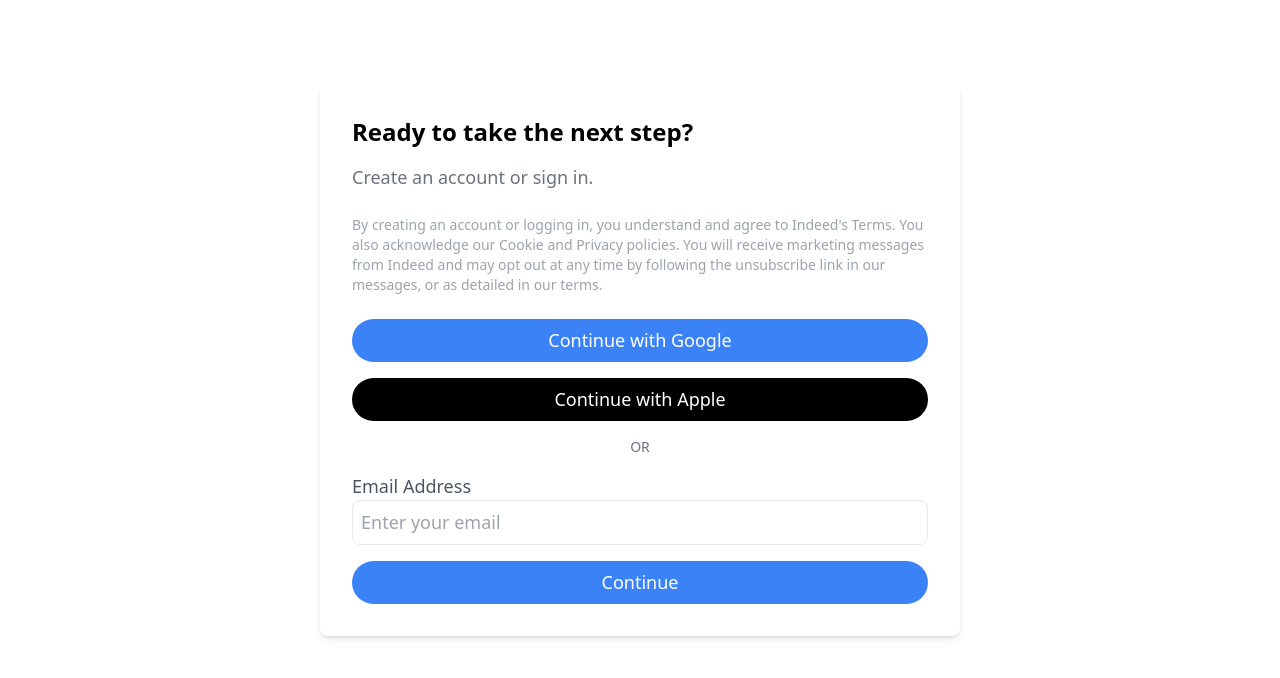
Repository: Temitech001/new-job
Page: /signin
These files come from the project's save history. The page is drawn as it stood at one moment and after a run of saves; the edit follows.
The browser window is 1280 px wide. The pictures show the whole page.
The project was rebuilt for these pictures with package versions that can differ from the ones it lists, and the page was loaded fresh each time. Also part of the build but not shown: src/App.css, src/components/header/Header.jsx, src/components/jobSearch/Job.jsx, src/components/jobSearch/JobListing.jsx, src/App.js.

Above is the page before, as saved 2023-08-22 01:59:16.

### public/index.html
<!DOCTYPE html>
<html lang="en">
  <head>
    <meta charset="utf-8" />
    <link rel="icon" href="%PUBLIC_URL%/favicon.ico" />
    <meta name="viewport" content="width=device-width, initial-scale=1" />
    <meta name="theme-color" content="#000000" />
    <meta
      name="description"
      content="JobConnect360 is your comprehensive platform for all things related to employment."
    />
    <link rel="apple-touch-icon" href="%PUBLIC_URL%/logo192.png" />
    <!--
      manifest.json provides metadata used when your web app is installed on a
      user's mobile device or desktop. See https://developers.google.com/web/fundamentals/web-app-manifest/
    -->
    <link rel="manifest" href="%PUBLIC_URL%/manifest.json" />
    <!--
      Notice the use of %PUBLIC_URL% in the tags above.
      It will be replaced with the URL of the `public` folder during the build.
      Only files inside the `public` folder can be referenced from the HTML.

      Unlike "/favicon.ico" or "favicon.ico", "%PUBLIC_URL%/favicon.ico" will
      work correctly both with client-side routing and a non-root public URL.
      Learn how to configure a non-root public URL by running `npm run build`.
    -->
    <title>JobConnect360</title>
  </head>
  <body>
    <noscript>You need to enable JavaScript to run this app.</noscript>
    <div id="root"></div>
    <!--
      This HTML file is a template.
      If you open it directly in the browser, you will see an empty page.

      You can add webfonts, meta tags, or analytics to this file.
      The build step will place the bundled scripts into the <body> tag.

      To begin the development, run `npm start` or `yarn start`.
      To create a production bundle, use `npm run build` or `yarn build`.
    -->
  </body>
</html>

### src/index.js
import React from 'react';
import ReactDOM from 'react-dom/client';
import { BrowserRouter, Routes, Route} from "react-router-dom";
import './index.css';
import App from './App';
import ScrollToTop from 'react-scroll-to-top';
import SignIn from './components/jobSearch/signIn/SignIn';

const root = ReactDOM.createRoot(document.getElementById('root'));
root.render(
  <React.StrictMode>
    <BrowserRouter>
    <ScrollToTop/>
            <Routes>
                <Route path="/" element={<App />} />
                <Route path="/signin" element={<SignIn />} />
                {/* <Route path="/impact" element={<ImpactPage />} /> */}
                {/* <Route path="/contact" element={<ContactPage />} /> */}
            </Routes>
            {/* <App /> */}
        </BrowserRouter>
  </React.StrictMode>
);

### src/index.css
@tailwind base;
@tailwind components;
@tailwind utilities;

body {
  margin: 0;
  font-family: "Noto Sans", "Helvetica Neue", Helvetica, Arial, sans-serif;
  -webkit-font-smoothing: antialiased;
  -moz-osx-font-smoothing: grayscale;
  font-size: 18px;
}

code {
  font-family: source-code-pro, Menlo, Monaco, Consolas, 'Courier New',
    monospace;
}

### src/components/jobSearch/signIn/SignIn.jsx
import React from 'react';
// import './SignIn.css'; // Add your additional CSS file for custom styling

const SignIn = () => {
  return (
    <div className="flex justify-center items-center h-screen w-2/4 mx-auto">
      <div className="bg-white p-8 rounded-lg shadow-md">
        <h2 className="text-2xl font-semibold mb-4">
          Ready to take the next step?
        </h2>
        <p className="text-gray-500 mb-6">
          Create an account or sign in.
        </p>
        <p className="text-sm text-gray-400 mb-6">
          By creating an account or logging in, you understand and agree to Indeed's Terms. You also acknowledge our Cookie and Privacy policies. You will receive marketing messages from Indeed and may opt out at any time by following the unsubscribe link in our messages, or as detailed in our terms.
        </p>
        <button className="bg-blue-500 text-white rounded-full py-2 px-4 mb-4 w-full hover:bg-blue-600">
          Continue with Google
        </button>
        <button className="bg-black text-white rounded-full py-2 px-4 mb-4 w-full hover:bg-gray-800">
          Continue with Apple
        </button>
        <div className="text-center text-gray-500 text-sm mb-4">OR</div>
        <div className="mb-4">
          <label htmlFor="email" className="text-gray-600">Email Address</label>
          <input
            type="email"
            id="email"
            className="w-full border rounded-lg p-2 focus:outline-none focus:ring focus:border-blue-400"
            placeholder="Enter your email"
          />
        </div>
        <button className="bg-blue-500 text-white rounded-full py-2 px-4 w-full hover:bg-blue-600">
          Continue
        </button>
      </div>
    </div>
  );
};

export default SignIn;

### src/components/header/Header.css
/* Header.css */
@media (max-width: 768px) {
    /* Mobile styles */

    /* Center logo and move Sign In button to the right */
    .container {
      flex-direction: column;
      align-items: center;
    }

    .flex:nth-child(1) {
      margin-bottom: 1rem;
    }

    /* Add margin between logo and Sign In button */
    .flex:nth-child(2) {
      margin-top: 1rem;
    }

    /* Mobile menu icon styles */
    .menu-icon {
      display: inline-block;
    }

    .bar {
      width: 25px;
      height: 3px;
      background-color: white;
      margin: 4px 0;
      transition: 0.4s;
    }

    .open .bar:nth-child(1) {
      transform: rotate(-45deg) translate(-5px, 6px);
    }

    .open .bar:nth-child(2) {
      opacity: 0;
    }

    .open .bar:nth-child(3) {
      transform: rotate(45deg) translate(-5px, -6px);
    }

    /* Add styles for mobile menu (Hamburger) */
    .menu-items {
      display: none;
      flex-direction: column;
      align-items: center;
    }

    .menu-open .menu-items {
      display: flex;
    }

    /* Additional mobile styles can be added as needed */
  }

### tailwind.config.js
/** @type {import('tailwindcss').Config} */
module.exports = {
  content: ["./src/**/*.{html,jsx, js}"],
  theme: {
    extend: {},
  },
  plugins: [],
}

After the next 3 saves:
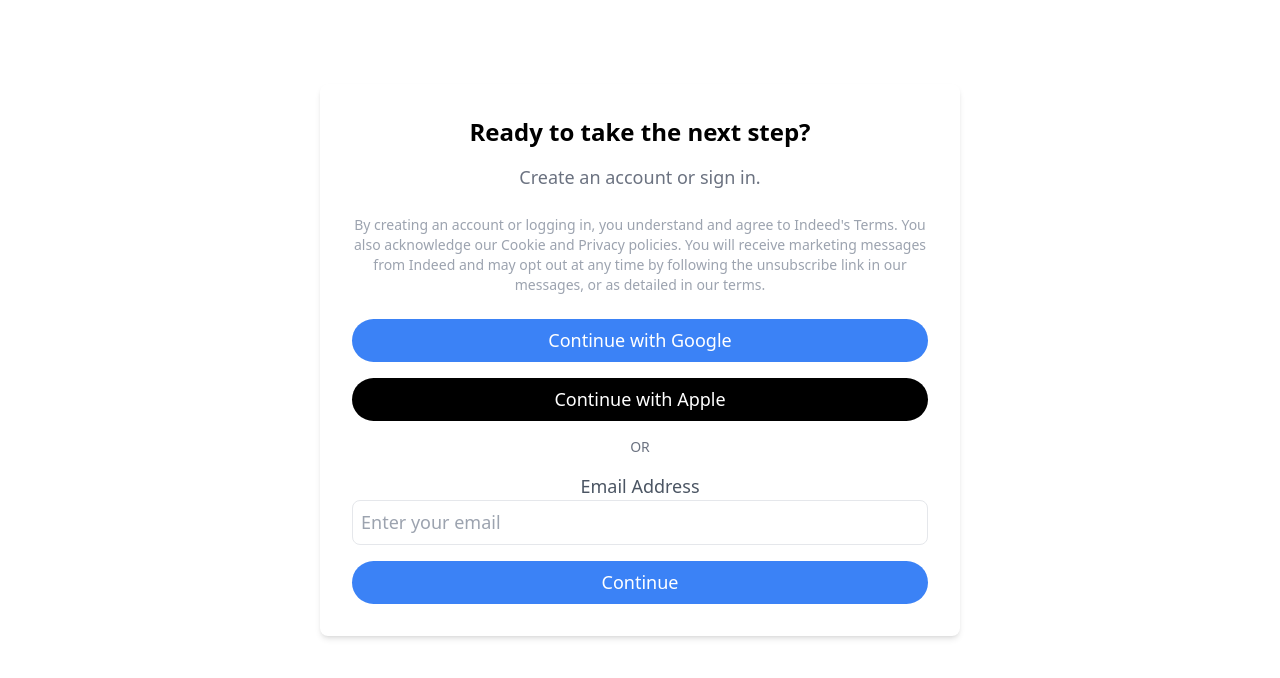
The 3 saves are shown as one change because they came seconds apart.
The last was saved 11 s later.
--- a/src/components/jobSearch/signIn/SignIn.jsx
+++ b/src/components/jobSearch/signIn/SignIn.jsx
@@ -3,7 +3,7 @@
 
 const SignIn = () => {
   return (
-    <div className="flex justify-center items-center h-screen w-2/4 mx-auto">
+    <div className="flex justify-center items-center h-screen w-2/4 mx-auto text-center">
       <div className="bg-white p-8 rounded-lg shadow-md">
         <h2 className="text-2xl font-semibold mb-4">
           Ready to take the next step?

After the save that followed:
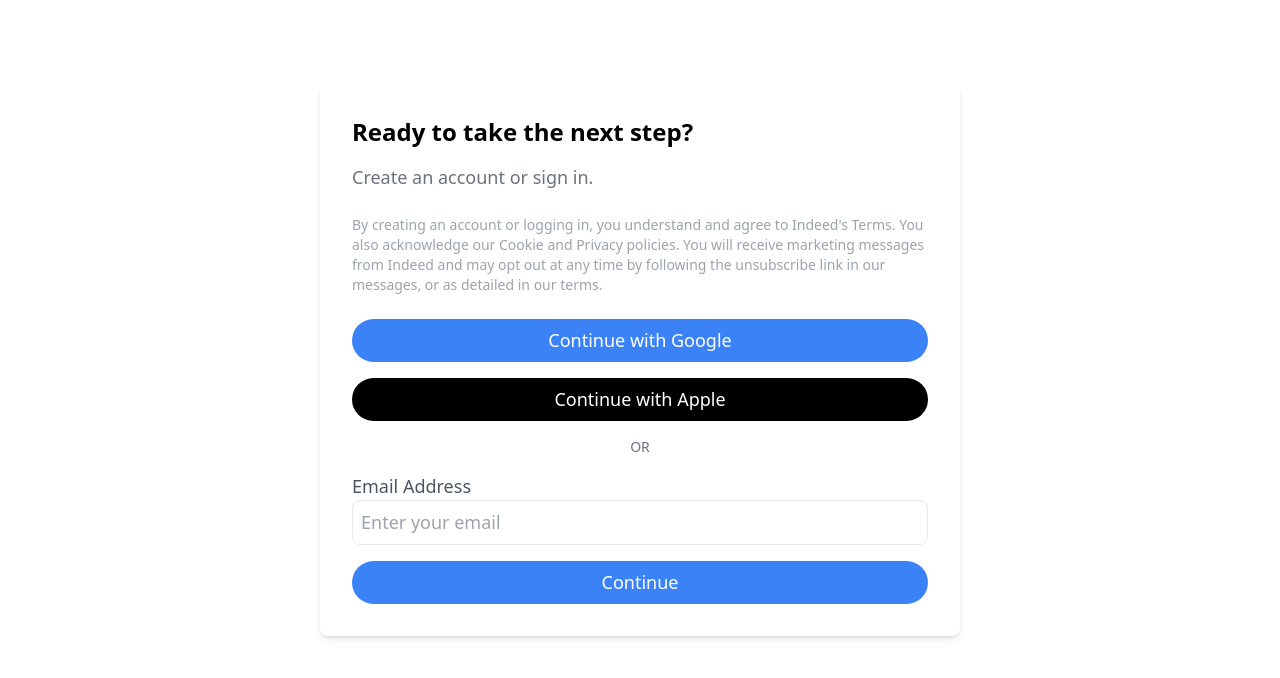
Saved 12 s later.
--- a/src/components/jobSearch/signIn/SignIn.jsx
+++ b/src/components/jobSearch/signIn/SignIn.jsx
@@ -3,7 +3,7 @@
 
 const SignIn = () => {
   return (
-    <div className="flex justify-center items-center h-screen w-2/4 mx-auto text-center">
+    <div className="flex justify-center items-center h-screen w-2/4 mx-auto">
       <div className="bg-white p-8 rounded-lg shadow-md">
         <h2 className="text-2xl font-semibold mb-4">
           Ready to take the next step?
